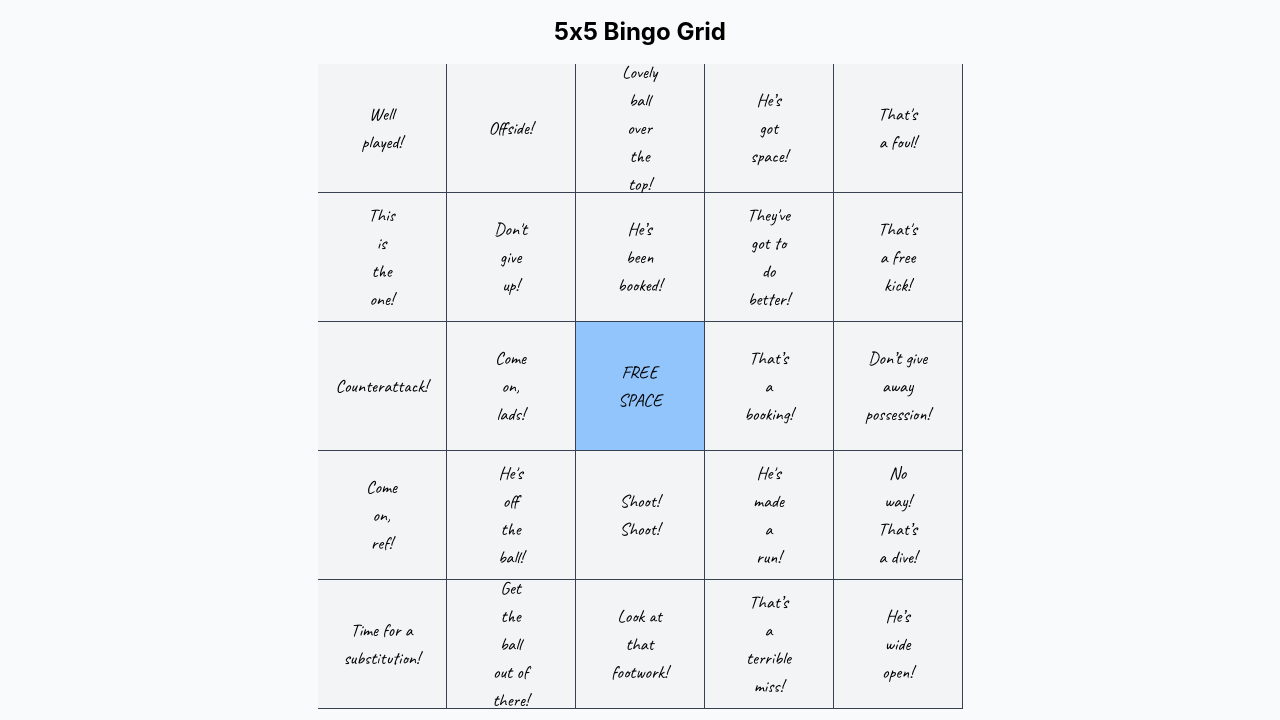
Repository: yassirbn/football-bingo
Page: /
An editor plug-in stored every save of this project. The page is shown before and after the next save, followed by the edit.
The browser window is 1280 px wide. The pictures show the whole page.
The project was rebuilt for these pictures with package versions that can differ from the ones it lists, and the page was loaded fresh each time.

Above is the page before, as saved 2024-11-27 11:41:50.

After the next save:
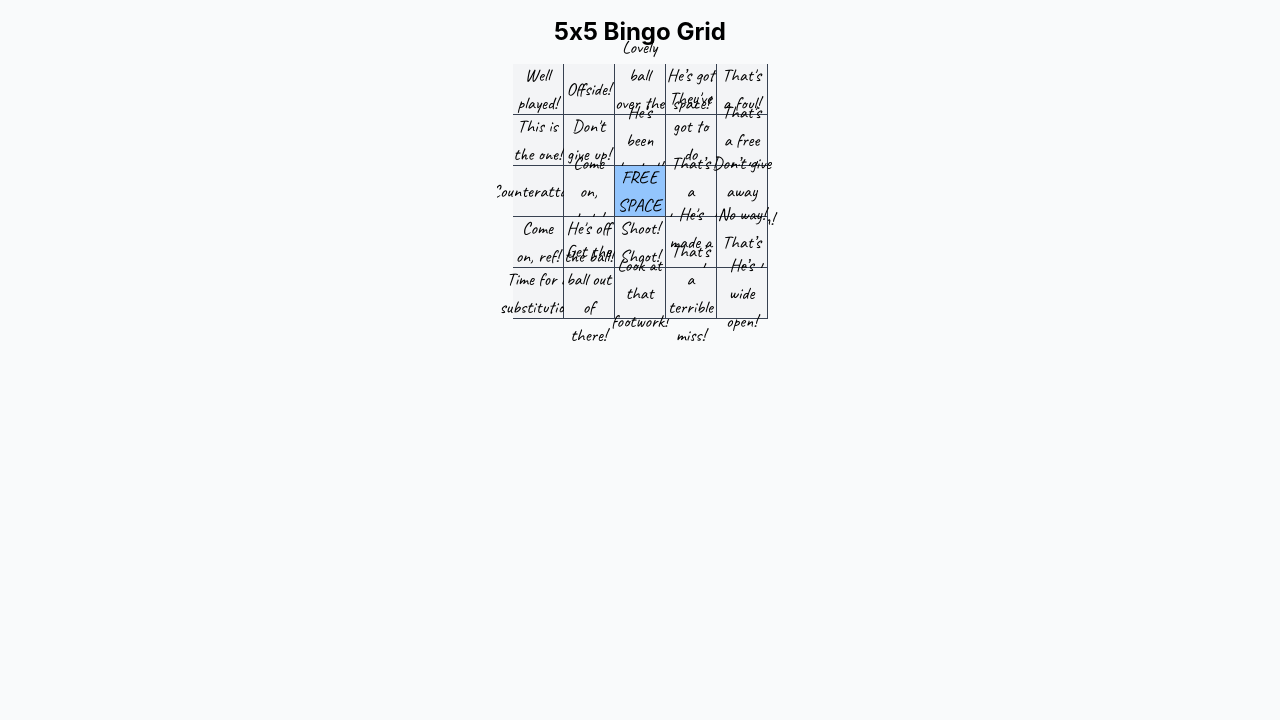
Saved 42 min 24 s later.
--- a/src/component/BingoGrid/BingoGrid.js
+++ b/src/component/BingoGrid/BingoGrid.js
@@ -111,7 +111,7 @@
             <div
               className={`${
                 selectedCells[index] ? "bg-blue-300 text-white" : "bg-transparent"
-              } flex items-center justify-center py-3 px-6 sm:py-4 sm:px-8 md:py-6 md:px-12 lg:py-8 lg:px-16`}
+              } flex items-center justify-center`}
               style={{
                 width: "50px", // Adjusted for mobile/tablet responsiveness
                 height: "50px", // Adjusted for mobile/tablet responsiveness

After the save that followed:
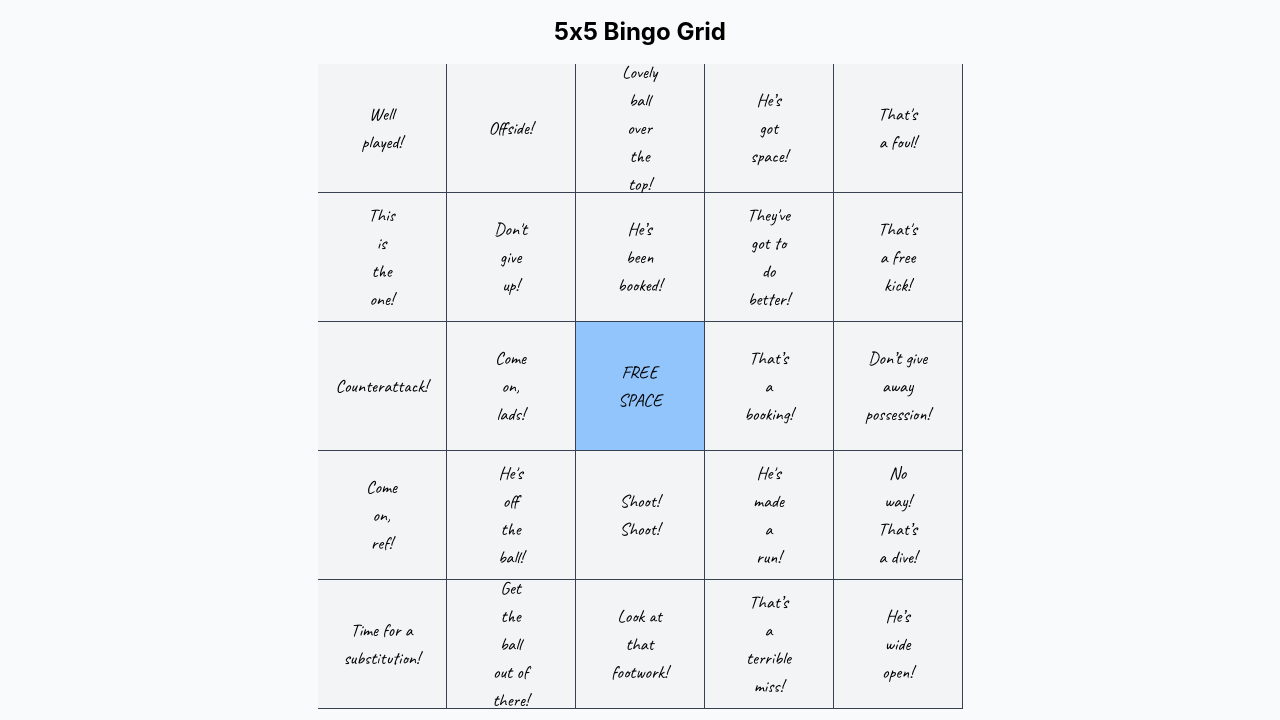
Saved 16 s later.
--- a/src/component/BingoGrid/BingoGrid.js
+++ b/src/component/BingoGrid/BingoGrid.js
@@ -111,7 +111,7 @@
             <div
               className={`${
                 selectedCells[index] ? "bg-blue-300 text-white" : "bg-transparent"
-              } flex items-center justify-center`}
+              } flex items-center justify-center py-3 px-6 sm:py-4 sm:px-8 md:py-6 md:px-12 lg:py-8 lg:px-16`}
               style={{
                 width: "50px", // Adjusted for mobile/tablet responsiveness
                 height: "50px", // Adjusted for mobile/tablet responsiveness
